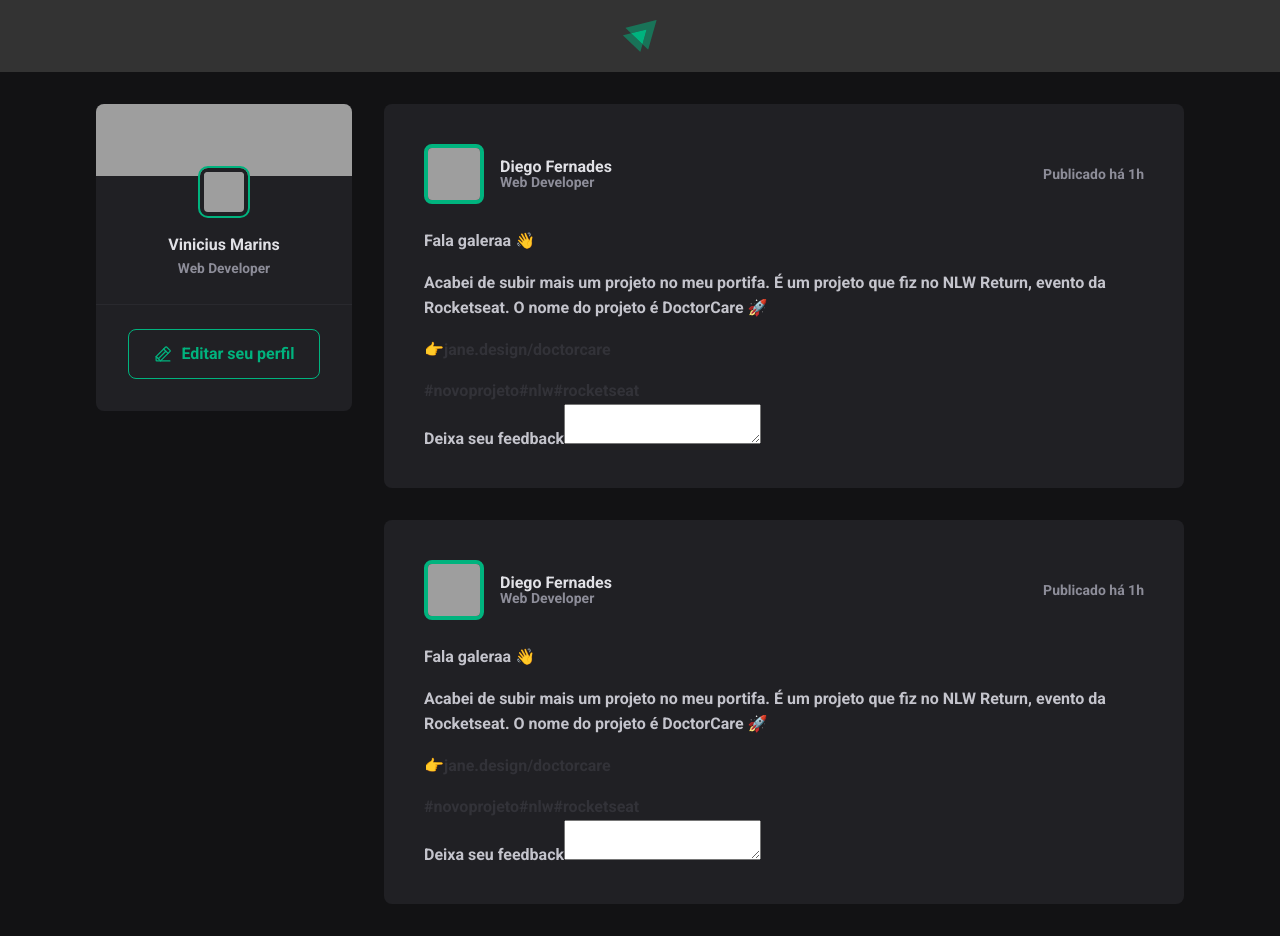
Repository: viniimartins/reactFundamentosRocketseat
Page: /
The author's editor kept a copy of each file at every save. The page is drawn from the files as they stood at one save, then again after the next save.
The browser window is 1280 px wide. The pictures show the whole page.
Pictures or frames that could not be fetched are drawn as grey boxes. The project was rebuilt for these pictures with package versions that can differ from the ones it lists, and the page was loaded fresh each time. Also part of the build but not shown: vite.config.js.

Above is the page before, as saved 2023-04-29 22:59:45.

After the next save:
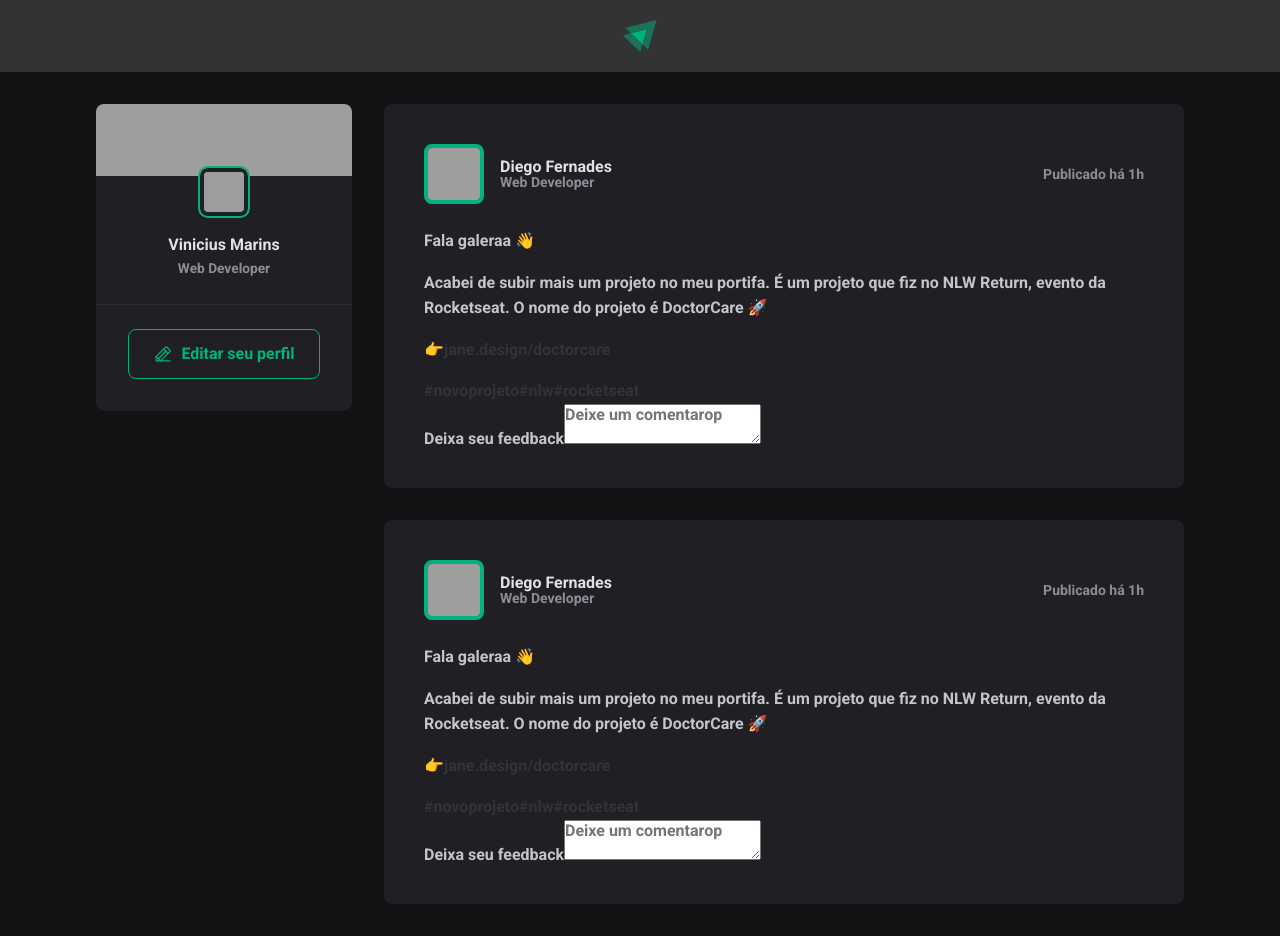
Saved 5 s later.
--- a/src/Components/Post.jsx
+++ b/src/Components/Post.jsx
@@ -31,7 +31,7 @@ export function Post() {
 
                 <textarea
 
-                    placeholder=''
+                    placeholder='Deixe um comentarop'
                 />
             </form>
         </article>
